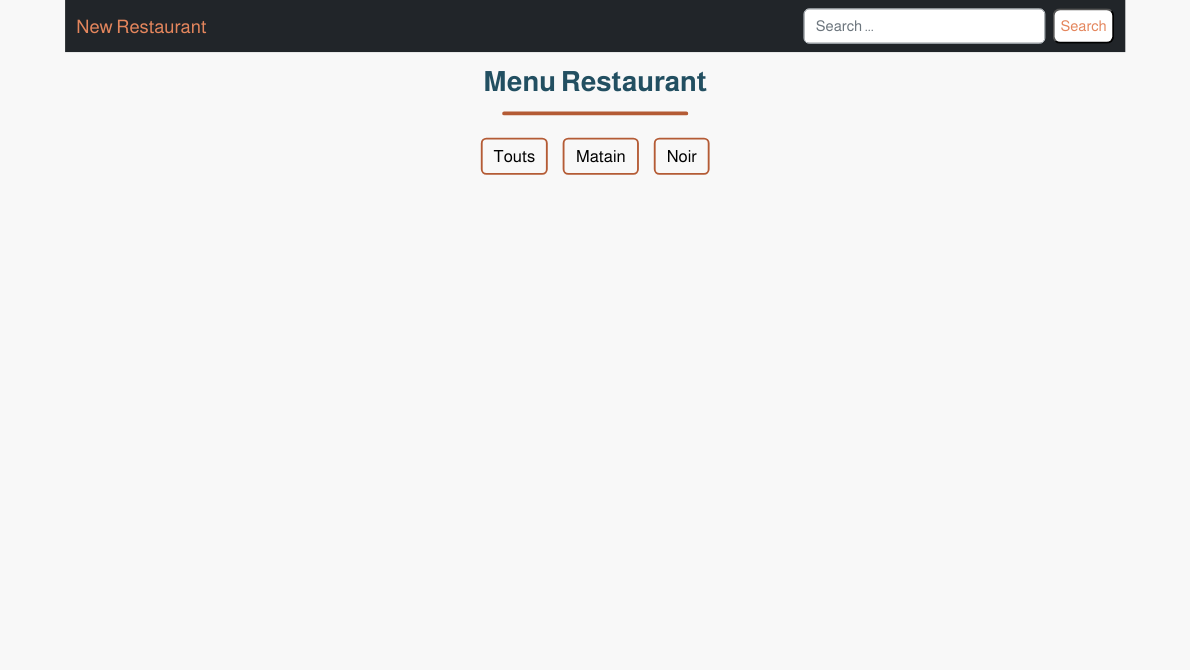
Repository: SD-Mdouka/react-table
Page: /
These files come from the project's save history. The page is drawn as it stood at one moment and after the next save; the edit follows.
The browser window is 1280 px wide. The page is 1280 px wide, then 1292 px, so the pictures cover 1292 px, including what lies to the right of the window. The pictures show the whole page, at 93% of full size.
The project was rebuilt for these pictures with package versions that can differ from the ones it lists, and the page was loaded fresh each time.

Above is the page before, as saved 2022-10-06 17:18:22.

### public/index.html
<!DOCTYPE html>
<html lang="en">

<head>
    <meta charset="utf-8" />
    <link rel="icon" href="%PUBLIC_URL%/favicon.ico" />
    <meta name="viewport" content="width=device-width, initial-scale=1" />
    <meta name="theme-color" content="#000000" />
    <meta name="description" content="Web site created using create-react-app" />
    <link rel="apple-touch-icon" href="%PUBLIC_URL%/logo192.png" />
    <!--
      manifest.json provides metadata used when your web app is installed on a
      user's mobile device or desktop. See https://developers.google.com/web/fundamentals/web-app-manifest/
    -->
    <link rel="manifest" href="%PUBLIC_URL%/manifest.json" />
    <link rel="preconnect" href="https://fonts.googleapis.com" />
    <link rel="preconnect" href="https://fonts.gstatic.com" crossorigin />
    <link href="https://fonts.googleapis.com/css2?family=Almarai:wght@300;400;700;800&family=Cairo:wght@300&display=swap" rel="stylesheet" />

    <link rel="stylesheet" href="https://cdn.jsdelivr.net/npm/bootstrap@5.2.0-beta1/dist/css/bootstrap.min.css" integrity="sha384-0evHe/X+R7YkIZDRvuzKMRqM+OrBnVFBL6DOitfPri4tjfHxaWutUpFmBp4vmVor" crossorigin="anonymous" />
    <title>React App</title>
</head>

<body>
    <noscript>You need to enable JavaScript to run this app.</noscript>
    <div id="root"></div>
    <!--
      This HTML file is a template.
      If you open it directly in the browser, you will see an empty page.

      You can add webfonts, meta tags, or analytics to this file.
      The build step will place the bundled scripts into the <body> tag.

      To begin the development, run `npm start` or `yarn start`.
      To create a production bundle, use `npm run build` or `yarn build`.
    -->
</body>

</html>

### src/App.tsx
import React from "react";
import { Container } from "react-bootstrap";
import "./App.css";
import NavBar from "./components/Navbar";
import Header from "./components/Header";
import Category from "./components/Category";

const App = () => {
  return (
    <div className="color-body font">
      <Container>
        <NavBar />
        <Header />
        <Category />
      </Container>
    </div>
  );
};

export default App;

### src/App.css
.color-body {
    background-color: #f8f8f8;
    height: 100vh;
}

.font {
    font-family: "Almarai", sans-serif;
}

.title {
    color: #224f61;
    font-family: Almarai;
    font-size: 30px;
    font-weight: bold;
    letter-spacing: 0;
    line-height: 64px;
}

.underline {
    height: 1px;
    width: 200px;
    border-radius: 10px;
    border: 2px solid #b45b35;
    background-color: #e4865d;
}

.btn {
    color: black !important;
    font-family: Almarai !important;
    font-size: 18px !important;
    letter-spacing: 0 !important;
    line-height: 24px !important;
    border: 2px solid #b45b35 !important;
}

.btn:hover {
    color: #fff !important;
    font-family: Almarai !important;
    font-size: 18px !important;
    font-weight: bold !important;
    letter-spacing: 0 !important;
    line-height: 24px !important;
    border-radius: 11px !important;
    border: none !important;
    background: #e4865d !important;
    -webkit-border-radius: 11px !important;
    -moz-border-radius: 11px !important;
    -ms-border-radius: 11px !important;
    -o-border-radius: 11px !important;
    transition: all 1s;
    -webkit-transition: all 1s;
    -moz-transition: all 1s;
    -ms-transition: all 1s;
    -o-transition: all 1s;
}

.img-item {
    height: 180px;
    width: 252px;
    border-radius: 5px;
}

.item-description {
    color: #8c8c8c;
    font-family: Almarai;
    font-size: 16px;
    letter-spacing: 0;
    line-height: 20px;
}

.item-title {
    color: #555555;
    font-family: Almarai;
    font-size: 16px;
    font-weight: bold;
    letter-spacing: 0;
    line-height: 20px;
}

.card-color {
    background-color: #f8f8f8;
}

.item-price {
    color: #e4865d;
    font-family: Almarai;
    font-size: 16px;
    font-weight: bold;
    letter-spacing: 0;
    line-height: 20px;
}

.btn-search {
    color: #e4865d;
    border-radius: 3px solid #e4865d;
    border-radius: 8px;
    background-color: white;
    -webkit-border-radius: 3px solid #e4865d;
    -moz-border-radius: 3px solid #e4865d;
    -ms-border-radius: 3px solid #e4865d;
    -o-border-radius: 3px solid #e4865d;
}

.btn-search:hover {
    color: white;
    border-radius: 3px solid white;
    background-color: #e4865d;
    border-radius: 8px;
    -webkit-border-radius: 3px solid white;
    -moz-border-radius: 3px solid white;
    -ms-border-radius: 3px solid white;
    -o-border-radius: 3px solid white;
}

.brand-color {
    color: #e4865d;
}

### src/components/Navbar.tsx
import { Container, Navbar, Row, Nav, Form } from "react-bootstrap";

const NavBar = () => {
  return (
    <Row>
      <Navbar bg="dark" variant="dark">
        <Container>
          <Navbar.Brand href="#">
            <div className="brand-color">New Restaurant</div>
          </Navbar.Brand>
          <Navbar.Toggle aria-controls="navbarScroll" />
          <Navbar.Collapse id="navbarScroll">
            <Nav
              className="me-auto my-2 my-lg-0"
              style={{ maxHeight: "100px" }}
              navbarScroll
            ></Nav>
            <Form className="d-flex">
              <Form.Control
                type="text"
                placeholder="Search ..."
                className="mx-2"
              />
              <button className="btn-search">Search</button>
            </Form>
          </Navbar.Collapse>
        </Container>
      </Navbar>
    </Row>
  );
};

export default NavBar;

### src/components/Header.tsx
import { Row, Col } from "react-bootstrap";

const Header = () => {
  return (
    <Row>
      <Col sm="12" className="justify-content-center text-center">
        <div className="title">Menu Restaurant</div>
        <div className="justify-content-center d-flex">
          <p className="underline"></p>
        </div>
      </Col>
    </Row>
  );
};

export default Header;

### src/components/Category.tsx
import { Row, Col } from "react-bootstrap";

const Category = () => {
  return (
    <Row className="my-2 mb-5">
      <Col sm="12" className="d-flex justify-content-center">
        <div>
          <button className="btn mx-2">Touts</button>
          <button className="btn mx-2">Matain</button>
          <button className="btn mx-2">Noir</button>
        </div>
      </Col>
    </Row>
  );
};

export default Category;

### src/components/ItemsList.tsx
import { Row, Col, Card } from "react-bootstrap";

const ItemsList = () => {
  return (
    <Row className="">
      <Col sm="12" className="mb-3">
        <Card>
          <Card.Img variant="top" src="ra68-TACOS-DE-LILLE-food.jpg" />
          <Card.Body>
            <Card.Title>Déjeuner, Dîner</Card.Title>
            <Card.Text>
              Réservations, Places assises, Accès personnes handicapées, Service
              de table
            </Card.Text>
          </Card.Body>
        </Card>
      </Col>
    </Row>
  );
};

export default ItemsList;

Loaded but not shown: src/index.tsx (common file); src/index.css (common file); src/reportWebVitals.ts (common file)

After the next save:
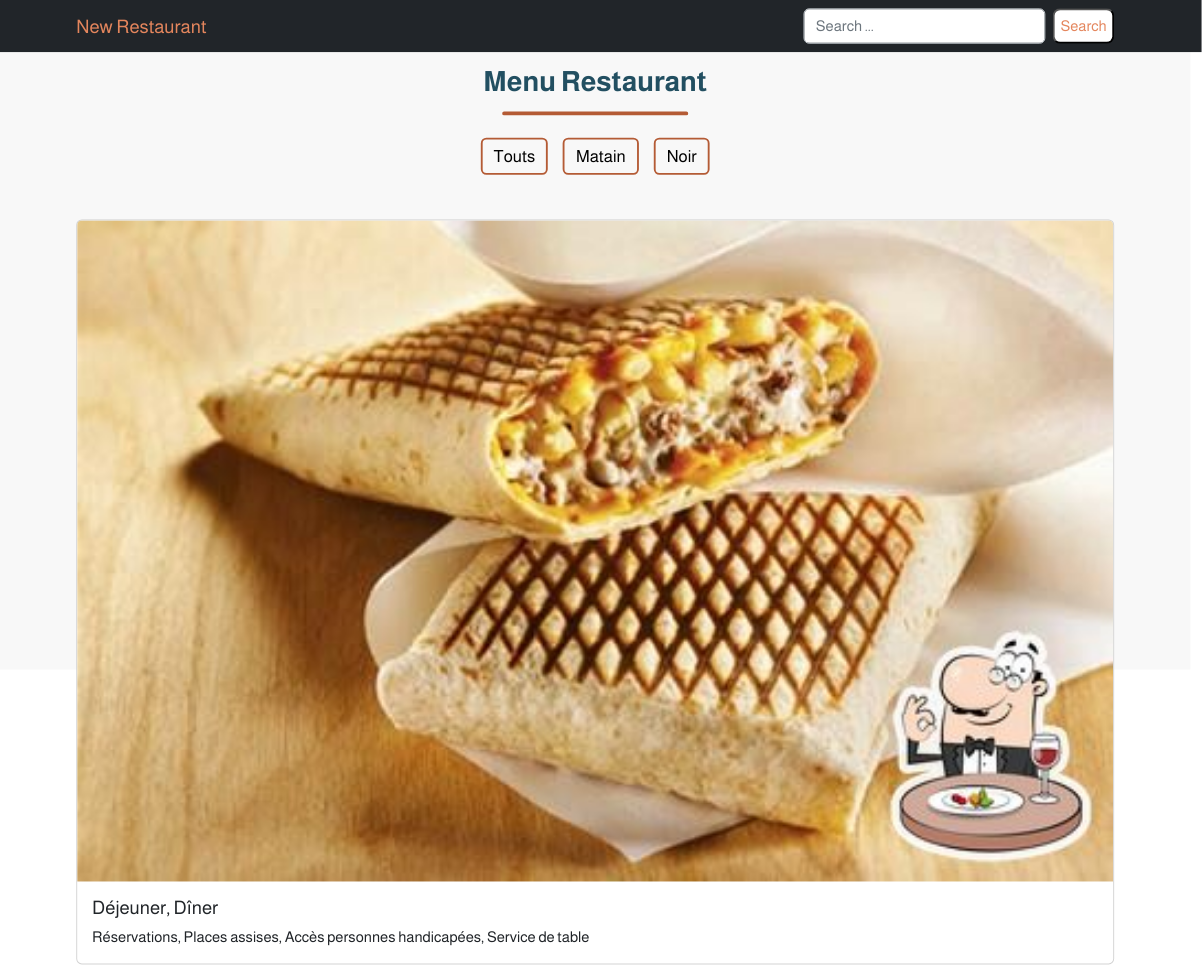
Saved 2 min 16 s later.
--- a/src/App.tsx
+++ b/src/App.tsx
@@ -4,14 +4,16 @@ import "./App.css";
 import NavBar from "./components/Navbar";
 import Header from "./components/Header";
 import Category from "./components/Category";
+import ItemsList from "./components/ItemsList";
 
 const App = () => {
   return (
     <div className="color-body font">
+      <NavBar />
       <Container>
-        <NavBar />
         <Header />
         <Category />
+        <ItemsList />
       </Container>
     </div>
   );
